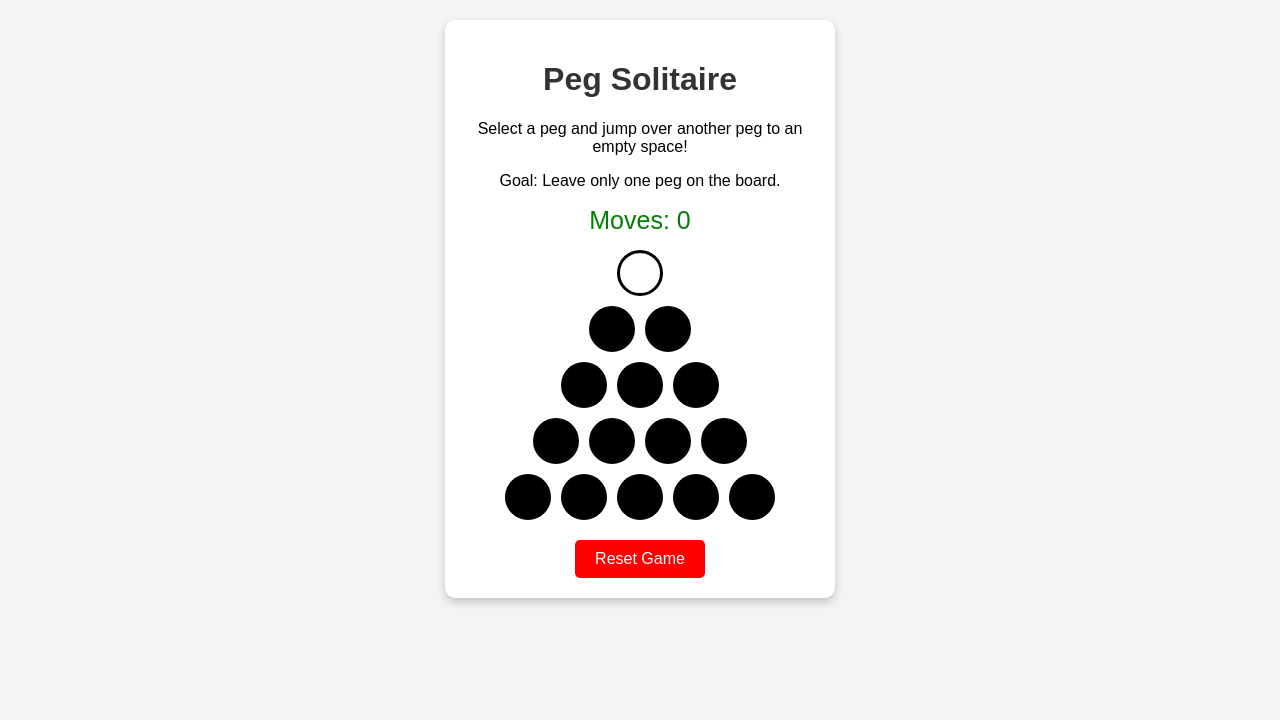
Repository: Yash19075/Mathematical-Peg-game
Page: Peg-game.html
The author's editor kept a copy of each file at every save. The page is drawn from the files as they stood at one save, then again after the next save.
The browser window is 1280 px wide. The pictures show the whole page.

Above is the page before, as saved 2025-03-19 11:11:22.

### Peg-game.html
<!DOCTYPE html>
<html lang="en">
<head>
    <meta charset="UTF-8">
    <meta name="viewport" content="width=device-width, initial-scale=1.0">
    <title>Peg Solitaire</title>
    <link rel="stylesheet" href="Peg-game.css">
</head>
<body>

    <div class="container">
        <h1>Peg Solitaire</h1>
        <p>Select a peg and jump over another peg to an empty space!</p>
        <p>Goal: Leave only one peg on the board.</p>

        <div class="move-counter">Moves: 0</div>

        <div class="peg-board">
            <div class="row">
                <div class="peg" onclick="selectPeg(event)"></div>
            </div>
            <div class="row">
                <div class="peg" onclick="selectPeg(event)"></div>
                <div class="peg" onclick="selectPeg(event)"></div>
            </div>
            <div class="row">
                <div class="peg" onclick="selectPeg(event)"></div>
                <div class="peg" onclick="selectPeg(event)"></div>
                <div class="peg" onclick="selectPeg(event)"></div>
            </div>
            <div class="row">
                <div class="peg" onclick="selectPeg(event)"></div>
                <div class="peg" onclick="selectPeg(event)"></div>
                <div class="peg" onclick="selectPeg(event)"></div>
                <div class="peg" onclick="selectPeg(event)"></div>
            </div>
            <div class="row">
                <div class="peg" onclick="selectPeg(event)"></div>
                <div class="peg" onclick="selectPeg(event)"></div>
                <div class="peg" onclick="selectPeg(event)"></div>
                <div class="peg" onclick="selectPeg(event)"></div>
                <div class="peg" onclick="selectPeg(event)"></div>
            </div>
        </div>
        <div class="Result"></div>
        <button id="reset-btn" onclick="resetGame()">Reset Game</button>
    </div>

    <script src="Peg-game.js"></script>
</body>
</html>

### Peg-game.css
body {
    font-family: Arial, sans-serif;
    text-align: center;
    background-color: #f4f4f4;
}

.container {
    margin: 20px auto;
    width: 350px;
    background: white;
    padding: 20px;
    border-radius: 10px;
    box-shadow: 0 4px 8px rgba(0, 0, 0, 0.2);
}

h1 {
    color: #333;
}

.peg-board {
    display: flex;
    flex-direction: column;
    align-items: center;
    margin-top: 10px;
}

.row {
    display: flex;
    justify-content: center;
}

.peg {
    width: 40px;
    height: 40px;
    margin: 5px;
    background-color: white;
    border: 3px solid black;
    border-radius: 50%;
    cursor: pointer;
}

.peg:hover {
    background-color: lightgray;
}

#reset-btn {
    margin-top: 15px;
    padding: 10px 20px;
    font-size: 16px;
    background-color: red;
    color: white;
    border: none;
    cursor: pointer;
    border-radius: 5px;
}

#reset-btn:hover {
    background-color: darkred;
}

.move-counter {
    font-size: 25px;
    margin-top: 15px;
    margin-bottom: 0px;
    color: green;
}

.Result{
    font-size: 30px;
    font-weight: bold;
}

### Peg-game.js
let peg = [
    [0],
    [1,1],
    [1,1,1],
    [1,1,1,1],
    [1,1,1,1,1]
];
var moves = [];
for(let r = 0; r<20;r++)
{
    moves[r] = [];
}

let pegs = document.querySelectorAll(".peg");
// console.log(pegs);
let index = 0;
for(let i = 0; i< peg.length; i++)
{
    for(let j = 0; j < peg[i].length; j++)
        {
            if(peg[i][j] == 1)
            {
                pegs[index].style.backgroundColor = "black";
            }
            // console.log(`Peg at (${i}, ${j}): ${peg[i][j]}`);
            pegs[index].dataset.row = i;
            pegs[index].dataset.col = j;
            index++;
        }
}

// for (let peg of pegs) {
//     console.log(`Peg at index ${peg.dataset.row}, ${peg.dataset.col}`);
// }
let countMoves = 0;
let selectedPeg;
function selectPeg(event)
{
    // console.log("👉 CLICKED ELEMENT:", event.target);
    // console.log("🔍 DATASET:", event.target.dataset);
    let moveCount;
    let selected = event.target;
    let rowNO = parseInt(selected.dataset.row);
    let colNO = parseInt(selected.dataset.col);
    // console.log("🔍 DATASET:", rowNO ,colNO);
    if (selected.style.backgroundColor === "green" ) return;
    // console.log(`Selected ${rowNO}, ${colNO}`);
    // console.log(`The value of peg is ${peg[rowNO][colNO]}`);
    moveCount = validMoves(rowNO,colNO);
    if(selectedPeg == selected)
    {
        selectedPeg = null;
        return;
    }
    selectedPeg = selected;
    // console.log("Selected peg is ", selectedPeg);
    // console.log(moves)
    // if(moveCount === 0)
    //     alert("No moves");
    for(let i = 0; i<moveCount;i++)
    {
        let target_row = moves[i][2];
        let target_col = moves[i][3];
        let index2 = move_to_index(target_row,target_col);
        pegs[index2].style.backgroundColor = "green";
        pegs[index2].addEventListener("click", movePeg)
    }
    // movePeg();
}

function movePeg(event) {
    // console.log("Selected peg is ", selectedPeg);
    let targeted = event.target;
    let targetRowNO = parseInt(targeted.dataset.row);
    let targetColNO = parseInt(targeted.dataset.col);

    let selectedRowNo = parseInt(selectedPeg.dataset.row);
    let selectedColNo = parseInt(selectedPeg.dataset.col);

    let midRowNo = (targetRowNO + selectedRowNo) / 2;
    let midColNo =(targetColNO + selectedColNo) / 2;

    if (peg[midRowNo][midColNo] == 0 || peg[targetRowNO][targetColNO] == 1 || peg[selectedRowNo][selectedColNo] == 0) {
        // console.log("Invalid move: Check peg positions.");
        return;
    }

    let selectedIndex = move_to_index(selectedRowNo, selectedColNo);
    let targetIndex = move_to_index(targetRowNO, targetColNO);
    let middleIndex = move_to_index(midRowNo, midColNo);

    peg[targetRowNO][targetColNO] = 1;
    peg[midRowNo][midColNo] = 0;
    peg[selectedRowNo][selectedColNo] = 0;

    // console.log(`Selected Peg: peg[${selectedRowNo}][${selectedColNo}] = ${peg[selectedRowNo][selectedColNo]}`);
    // console.log(`Mid Peg: peg[${midRowNo}][${midColNo}] = ${peg[midRowNo][midColNo]}`);
    // console.log(`Target Peg: peg[${targetRowNO}][${targetColNO}] = ${peg[targetRowNO][targetColNO]}`);

    // console.log(`move_to_index(${selectedRowNo}, ${selectedColNo}) = ${selectedIndex}`);
    // console.log(`move_to_index(${midRowNo}, ${midColNo}) = ${middleIndex}`);
    // console.log(`move_to_index(${targetRowNO}, ${targetColNO}) = ${targetIndex}`);
    // console.log(`selectedIndex: ${selectedIndex}, middleIndex: ${middleIndex}, targetIndex: ${targetIndex}`);
    // console.log(peg)

    pegs[selectedIndex].style.backgroundColor = "white";
    pegs[middleIndex].style.backgroundColor = "white";
    pegs[targetIndex].style.backgroundColor = "black";
    countMoves++;
    document.querySelector(".move-counter").innerHTML = `Moves: ${countMoves}`;


    pegs.forEach(peg => {
        if (peg.style.backgroundColor === "green") {
            peg.style.backgroundColor = "white";
            peg.removeEventListener("click", movePeg);
        }
    });

    selectedPeg = null;
    gameover();
}

function move_to_index(i,j)
{
    let index1 = (i*(i+1)/2)+j;
    return index1;
}


function validMoves(row, col) {
    var count = 0;
    moves = [];

    var target_r = row - 2;
    if (target_r >= 0 && peg[target_r][col] == 0 && peg[row - 1][col] == 1) {
        moves[count] = [row, col, target_r, col];
        count++;
    }

    if (target_r >= 0 && col - 2 >= 0 && peg[target_r][col - 2] == 0 && peg[row - 1][col - 1] == 1) {
        moves[count] = [row, col, target_r, col - 2];
        count++;
    }

    var backward_r = row + 2;
    if (backward_r < peg.length && peg[backward_r][col] == 0 && peg[row + 1][col] == 1) {
        moves[count] = [row, col, backward_r, col];
        count++;
    }

    if (backward_r < peg.length && col + 2 <= backward_r && peg[backward_r][col + 2] == 0 && peg[row + 1][col + 1] == 1) {
        moves[count] = [row, col, backward_r, col + 2];
        count++;
    }

    var backward_c = col - 2;
    if (backward_c >= 0 && peg[row][backward_c] == 0 && peg[row][col - 1] == 1) {
        moves[count] = [row, col, row, backward_c];
        count++;
    }

    var forward_c = col + 2;
    if (forward_c <= row && peg[row][forward_c] == 0 && peg[row][col + 1] == 1) {
        moves[count] = [row, col, row, forward_c];
        count++;
    }

    return count;
}

function resetGame() {
    peg = [
        [0],
        [1,1],
        [1,1,1],
        [1,1,1,1],
        [1,1,1,1,1]
    ];

    let index = 0;
    for (let i = 0; i < peg.length; i++) {
        for (let j = 0; j < peg[i].length; j++) {
            pegs[index].dataset.row = i;
            pegs[index].dataset.col = j;
            if (peg[i][j] === 1) {
                pegs[index].style.backgroundColor = "black";
            } else {
                pegs[index].style.backgroundColor = "white";
            }
            index++;
        }
    }
    document.querySelector(".Result").innerHTML = "";
    selectedPeg = null;
    countMoves = 0;
    document.querySelector(".move-counter").innerHTML = `Moves: ${countMoves}`;
}

function gameover()
{
    let pegCount = 0
    let hasMoves = false;
    for (let i = 0; i < peg.length; i++) {
        for (let j = 0; j < peg[i].length; j++) {
            if (peg[i][j] === 1) {
                pegCount++;
                if (validMoves(i, j) > 0) {
                    hasMoves = true; // There's at least one valid move
                }
            }
        }
    }
    if(pegCount == 1)
    {
        document.querySelector(".Result").innerHTML = "You won";
        document.querySelector(".Result").style.color = "Green";
    }
    else if (!hasMoves)
    {
        document.querySelector(".Result").innerHTML = "You lost";
        document.querySelector(".Result").style.color = "Red";
    }
}

After the next save:
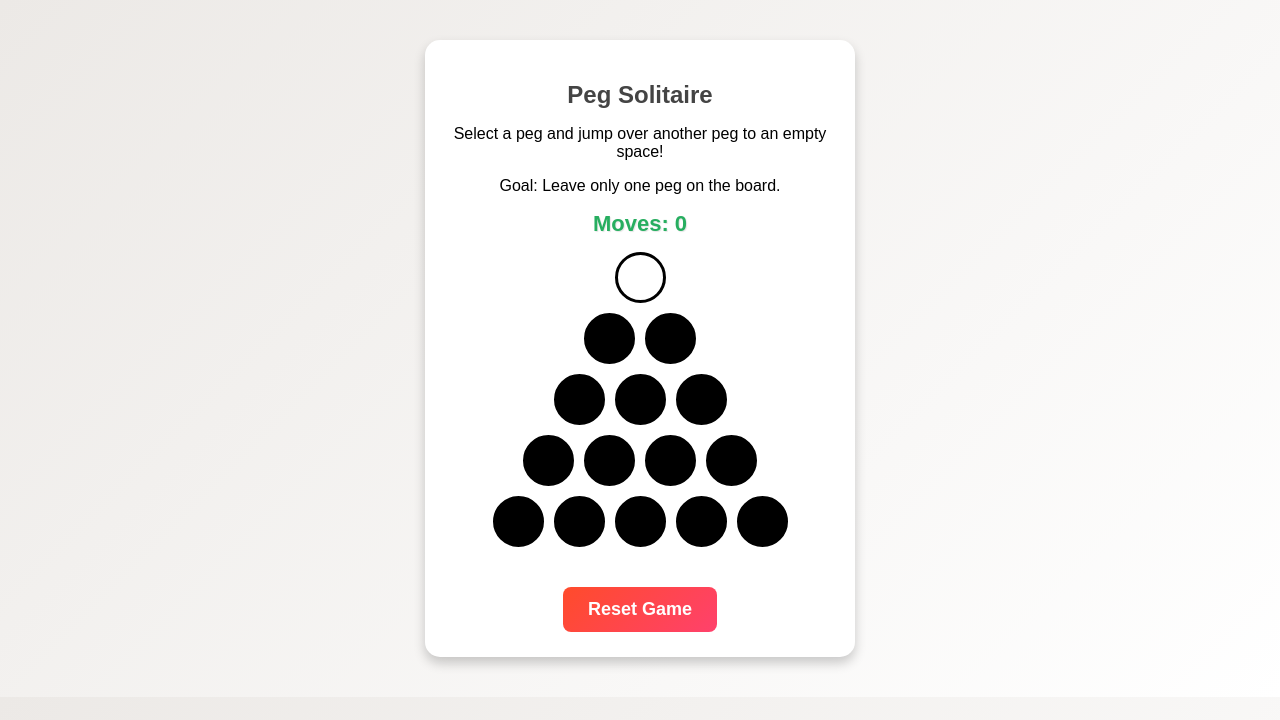
Saved 3 h 3 min later.
--- a/Peg-game.css
+++ b/Peg-game.css
@@ -1,20 +1,29 @@
 body {
     font-family: Arial, sans-serif;
     text-align: center;
-    background-color: #f4f4f4;
+    background: linear-gradient(135deg, #ece9e6, #ffffff);
+    margin: 0;
+    padding: 0;
 }
 
 .container {
-    margin: 20px auto;
-    width: 350px;
+    margin: 40px auto;
+    width: 380px;
     background: white;
-    padding: 20px;
-    border-radius: 10px;
-    box-shadow: 0 4px 8px rgba(0, 0, 0, 0.2);
+    padding: 25px;
+    border-radius: 15px;
+    box-shadow: 0 6px 12px rgba(0, 0, 0, 0.2);
+    transition: transform 0.2s ease-in-out;
+}
+
+.container:hover {
+    transform: scale(1.02);
 }
 
 h1 {
-    color: #333;
+    color: #444;
+    font-size: 24px;
+    margin-bottom: 15px;
 }
 
 .peg-board {
@@ -30,42 +39,59 @@ h1 {
 }
 
 .peg {
-    width: 40px;
-    height: 40px;
+    width: 45px;
+    height: 45px;
     margin: 5px;
     background-color: white;
     border: 3px solid black;
     border-radius: 50%;
     cursor: pointer;
+    transition: background 0.2s, transform 0.1s;
 }
 
 .peg:hover {
     background-color: lightgray;
+    transform: scale(1.1);
+}
+
+.peg.active {
+    background-color: black;
+}
+
+.peg.target {
+    background-color: green;
 }
 
 #reset-btn {
-    margin-top: 15px;
-    padding: 10px 20px;
-    font-size: 16px;
-    background-color: red;
+    margin-top: 20px;
+    padding: 12px 25px;
+    font-size: 18px;
+    background: linear-gradient(135deg, #ff4b2b, #ff416c);
     color: white;
     border: none;
     cursor: pointer;
-    border-radius: 5px;
+    border-radius: 8px;
+    font-weight: bold;
+    transition: background 0.3s, transform 0.2s;
 }
 
 #reset-btn:hover {
-    background-color: darkred;
+    background: linear-gradient(135deg, #d23a2a, #c3154e);
+    transform: scale(1.05);
 }
 
 .move-counter {
-    font-size: 25px;
+    font-size: 22px;
     margin-top: 15px;
-    margin-bottom: 0px;
-    color: green;
+    color: #27ae60;
+    font-weight: bold;
+    text-shadow: 1px 1px 1px rgba(0, 0, 0, 0.1);
 }
 
-.Result{
-    font-size: 30px;
+.Result {
+    font-size: 28px;
     font-weight: bold;
+    color: #d35400;
+    margin-top: 15px;
+    text-shadow: 2px 2px 3px rgba(0, 0, 0, 0.2);
 }
